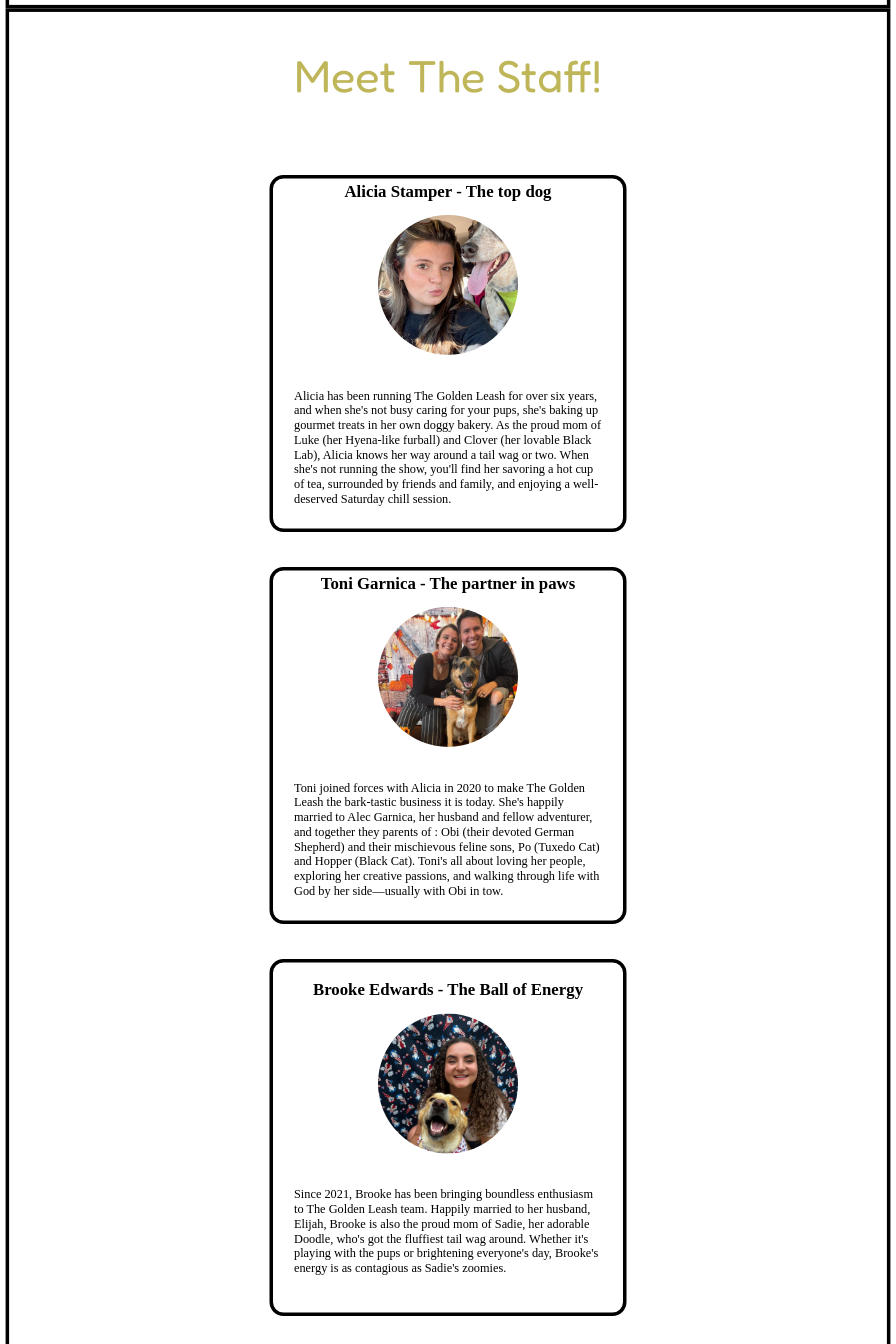
Repository: Aworminator/Thegoldenleash
Page: index.html
The author's editor kept a copy of each file at every save. The page is drawn from the files as they stood at one save, then again after the next save.
The browser window is 1280 px wide. The pictures show the part of the page from y = 1830 to 3750 px (the page is 4893 px tall before and 2460 px after), at 70% of full size.

Above is the page before, as saved 2025-06-26 16:00:32.

### index.html
<!DOCTYPE html>
<html lang="en">
  <head>
    <meta charset="UTF-8" />
    <meta name="viewport" content="width=device-width, initial-scale=1.0" />
    <title>The Golden Leash</title>
    <link
      rel="stylesheet"
      href="https://cdnjs.cloudflare.com/ajax/libs/font-awesome/6.5.0/css/all.min.css"
      integrity="sha512-..."
      crossorigin="anonymous"
      referrerpolicy="no-referrer"
    />
    <link rel="stylesheet" href="style.css" />
    <link rel="preconnect" href="https://fonts.googleapis.com" />
    <link rel="preconnect" href="https://fonts.gstatic.com" crossorigin />
    <link
      href="https://fonts.googleapis.com/css2?family=Fredoka:wght@300..700&display=swap"
      rel="stylesheet"
    />

    <!-- <h1>Welcome to the golden leash</h1> -->
  </head>
  <body>
    <section class="home-page">
      <div class="image-container">
        <div>
          <img src="./Images/GoldenLeashLogo No Nose.png" class="logo" />
        </div>

        <ul class="list">
          <li class="story">Our Story</li>
          <li>Services</li>
          <li>Contact Us</li>
        </ul>
      </div>
    </section>

    <section class="our-story">
      <h1>Our Story</h1>
      <p class="story-info">
        Lorem ipsum odor amet, consectetuer adipiscing elit. Aenean quis
        bibendum condimentum mauris primis integer sollicitudin porttitor.
        Blandit condimentum aptent condimentum orci rhoncus pellentesque euismod
        a. Varius imperdiet fermentum aptent mollis sem eu. Mattis ante pharetra
        quisque nam odio nascetur per. Vitae pellentesque massa facilisi
        maecenas ligula felis. Tristique pulvinar iaculis inceptos lectus elit
        fusce. <br /><br />
        Nisl erat purus sem imperdiet varius erat taciti cursus. Leo ante lectus
        potenti lacus viverra senectus commodo fringilla. Imperdiet est
        parturient ornare imperdiet tempor vulputate. Parturient porttitor
        quisque platea turpis vel porta. Torquent feugiat curabitur posuere
        hendrerit ipsum eros vel erat. Aenean netus proin arcu taciti nec
        efficitur ullamcorper.
      </p>
    </section>

    <section class="services">
      <h1>Services</h1>
      <div class="icon-container">
        <i class="fa-solid fa-house" id="icon"></i>
        <i class="fa-solid fa-dog" id="icon"></i>
        <i class="fa-solid fa-paw" id="icon"></i>
        <i class="fa-solid fa-bath" id="icon"></i>
      </div>
      <h1>Click for Info</h1>
      <p class="service-info">
        At The Golden Leash, we bring personalized care directly to you! Our
        team will stop by to check on your dog and take them for a walk tailored
        to their needs. Each walk typically lasts around 45 minutes, giving your
        pup plenty of exercise and attention. <br /><br />
        Your dog's safety and well-being are our top priorities. That’s why we
        monitor the weather closely, ensuring your furry friend isn’t exposed to
        unsafe conditions. We avoid walks in temperatures below 28°F, and during
        extreme heat, we’ll adjust walk times to protect your dog’s paws from
        hot sidewalks. Because your dog deserves the very best care—rain, shine,
        or snow!
      </p>
    </section>

    <section class="staff">
      <h1>Meet The Staff!</h1>
      <div id="staff-cards">
        <div id="card-target"></div>
      </div>
    </section>
    <script src="script.js"></script>
  </body>
</html>

### style.css
h1 {
  font-family: "Fredoka", serif;
  font-optical-sizing: auto;
  font-weight: 400; /* Replace <weight> with a valid value */
  font-style: normal;
  color: #bfb65a;
  font-variation-settings: "wdth" 100;
  text-align: center;
  font-size: 4em;
}

.image-container {
  display: flex;
  flex-direction: row;
  justify-content: space-around;
}

.home-page {
  border: black solid 5px;
  min-height: 50vh;
}

.services,
.staff,
.our-story {
  border: black solid 5px;
  min-height: 600px;
}

.logo {
  height: 600px;
  width: auto;
}

.list {
  font-size: 3em;
  padding: 50px;
}

li {
  margin-bottom: 80px;
}

.icon-container {
  display: flex;
  justify-content: center;
}

#icon {
  background-color: #bfb65a;
  height: 100px;
  width: 100px;
  border-radius: 50%;
  display: flex;
  justify-content: center;
  align-items: center;
  font-size: 2em;
  margin: 30px;
}

#icon:hover {
  transform: scale(1.1);
  transition: transform 0.2s;
}

#icon:active {
  transform: scale(0.9);
  transition: transform 0.2s;
}

.service-info,
.story-info {
  text-align: center;
  font-size: 1.5rem;
  margin: 100px;
}

.service-info {
  display: none;
  background-color: rgb(182, 182, 182);
  border-radius: 10px;
  padding: 5px;
  animation: slide-fwd-tr 1.3s cubic-bezier(0.25, 0.46, 0.45, 0.94) both;
}

.card {
  height: 500px;
  width: 500px;
  border: 5px solid black;
  border-radius: 20px;
  display: flex;
  flex-direction: column;
  justify-content: center;
  align-items: center;
  margin: 50px;
}

.profile-pic {
  height: 200px;
  border-radius: 50%;
  object-fit: cover;
  object-position: top;
  width: 200px;
}

#staff-cards {
  display: flex;
  flex-direction: row;
  /* align-items: center; */
  justify-content: space-around;
}

.staff-info {
  padding: 30px;
  font-size: 1.1em;
}

@keyframes slide-fwd-tr {
  0% {
    opacity: 0%;
    transform: translateZ(180px) translateY(120px) translateX(-120px);
  }
  100% {
    opacity: 100%;
    transform: translateZ(0px) translateY(0px) translateX(0px);
  }
}

@media (max-width: 900px) {
  .image-container {
    flex-direction: column;
    align-items: center;
  }
}

### script.js
const staffMembers = [
  {
    name: "Alicia Stamper",
    title: "The top dog",
    image: "./Images/Staff Pictures/Alicia TGL Picture.jpg",
    info: "Alicia has been running The Golden Leash for over six years, and when she's not busy caring for your pups, she's baking up gourmet treats in her own doggy bakery. As the proud mom of Luke (her Hyena-like furball) and Clover (her lovable Black Lab), Alicia knows her way around a tail wag or two. When she's not running the show, you'll find her savoring a hot cup of tea, surrounded by friends and family, and enjoying a well-deserved Saturday chill session.",
  },
  {
    name: "Toni Garnica",
    title: "The partner in paws",
    image: "./Images/Staff Pictures/Toni TGL Picture.jpg",
    info: "Toni joined forces with Alicia in 2020 to make The Golden Leash the bark-tastic business it is today. She's happily married to Alec Garnica, her husband and fellow adventurer, and together they parents of : Obi (their devoted German Shepherd) and their mischievous feline sons, Po (Tuxedo Cat) and Hopper (Black Cat). Toni's all about loving her people, exploring her creative passions, and walking through life with God by her side—usually with Obi in tow.",
  },
  {
    name: "Brooke Edwards",
    title: "The Ball of Energy",
    image: "./Images/Staff Pictures/Brooke TGL Picture.jpg",
    info: "Since 2021, Brooke has been bringing boundless enthusiasm to The Golden Leash team. Happily married to her husband, Elijah, Brooke is also the proud mom of Sadie, her adorable Doodle, who's got the fluffiest tail wag around. Whether it's playing with the pups or brightening everyone's day, Brooke's energy is as contagious as Sadie's zoomies.",
  },
  {
    name: "Carolyn Lesko",
    title: "The Wildcard",
    image: "./Images/Staff Pictures/Carolyn TGL Picture.jpg",
    info: "Carolyn is the undisputed wildcard of The Golden Leash crew. Whether she's quoting tik tok meme's, playing a mean game of Gang Beasts on her days off, or keeping things exciting, Carolyn keeps us all on our toes. She's the proud mom of her dog (to be named and praised at a later date). Fun fact: Carolyn is allergic to grass and being on time.",
  },
  {
    name: "Lisa",
    title: "The Backbone of the pack",
    image: "./Images/Staff Pictures/Lisa and rip Van Winkle.png",
    info: "Lisa is the kind of hard worker who makes everything run like clockwork at The Golden Leash. With her unmatched dedication and a can-do attitude, she's the go-to person for getting things done. Whether it's caring for pups, organizing schedules, or simply being awesome, Lisa brings a level of expertise and warmth that every team dreams of having. We're lucky to have her!",
  },
];

const house = document.querySelector(".fa-house");
const serviceInfo = document.querySelector(".service-info");
const service = document.querySelector(".services");
const staffCards = document.querySelector(".staff-cards");
const cardTarget = document.querySelector("#card-target");

house.addEventListener("click", () => {
  serviceInfo.style.display = "block";
  serviceInfo.scrollIntoView({ behavior: "smooth" });
});

staffMembers.forEach((person) => {
  const newCard = document.createElement("div");
  newCard.classList.add("card");
  newCard.innerHTML = `<h2>${person.name} - ${person.title}</h2>
          <img
            src="${person.image}"
            alt="${person.name} Profile-Pic"
            class="profile-pic"
          />
          <p class="staff-info">
            ${person.info}
          </p>`;
  cardTarget.appendChild(newCard);
});

After the next save:
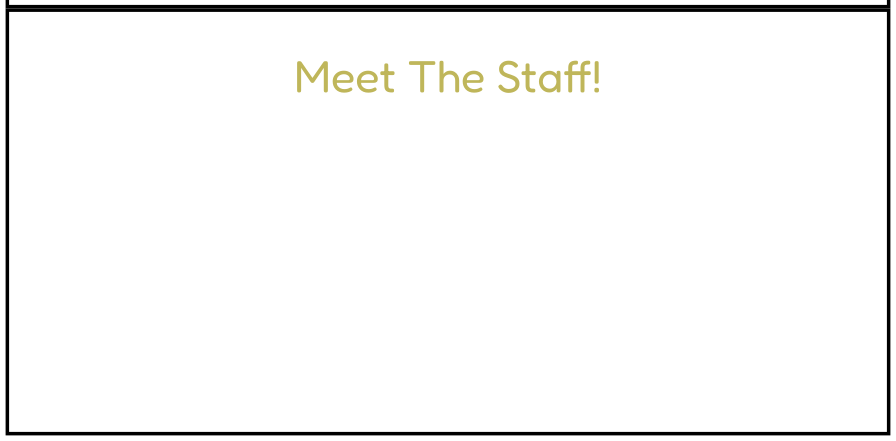
Console error: TypeError: Cannot read properties of null (reading 'appendChild')
Saved 77 s later.
--- a/index.html
+++ b/index.html
@@ -80,9 +80,7 @@
 
     <section class="staff">
       <h1>Meet The Staff!</h1>
-      <div id="staff-cards">
-        <div id="card-target"></div>
-      </div>
+      <div id="staff-cards"></div>
     </section>
     <script src="script.js"></script>
   </body>

After the 3 saves that followed:
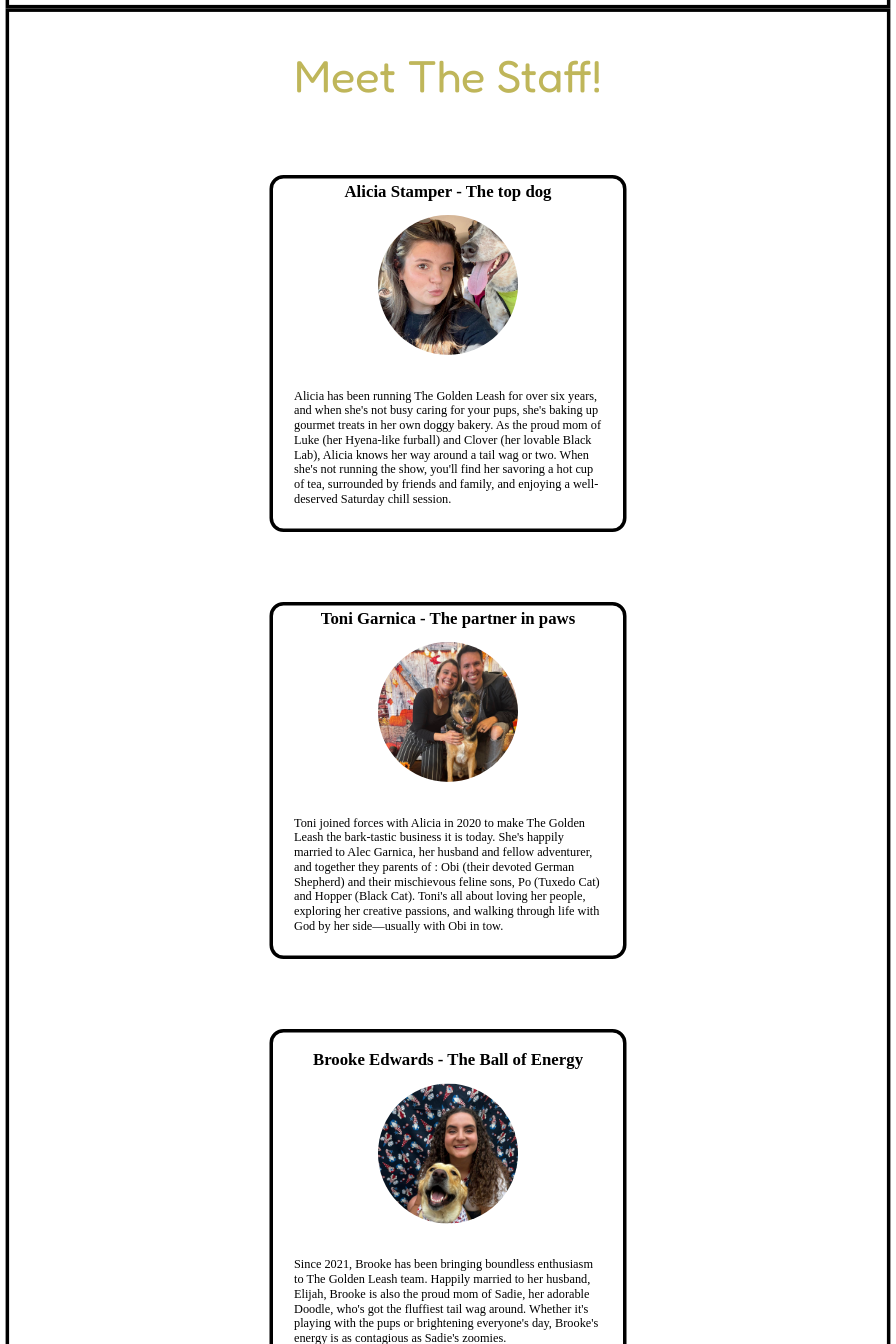
The error is gone.
The 3 saves are shown as one change because 2 left the picture as it was.
The last was saved 47 s later.
--- a/style.css
+++ b/style.css
@@ -105,8 +105,8 @@ li {
 
 #staff-cards {
   display: flex;
-  flex-direction: row;
-  /* align-items: center; */
+  flex-direction: column;
+  align-items: center;
   justify-content: space-around;
 }
 
--- a/script.js
+++ b/script.js
@@ -34,8 +34,7 @@ const staffMembers = [
 const house = document.querySelector(".fa-house");
 const serviceInfo = document.querySelector(".service-info");
 const service = document.querySelector(".services");
-const staffCards = document.querySelector(".staff-cards");
-const cardTarget = document.querySelector("#card-target");
+const staffCards = document.querySelector("#staff-cards");
 
 house.addEventListener("click", () => {
   serviceInfo.style.display = "block";
@@ -54,5 +53,5 @@ staffMembers.forEach((person) => {
           <p class="staff-info">
             ${person.info}
           </p>`;
-  cardTarget.appendChild(newCard);
+  staffCards.appendChild(newCard);
 });
